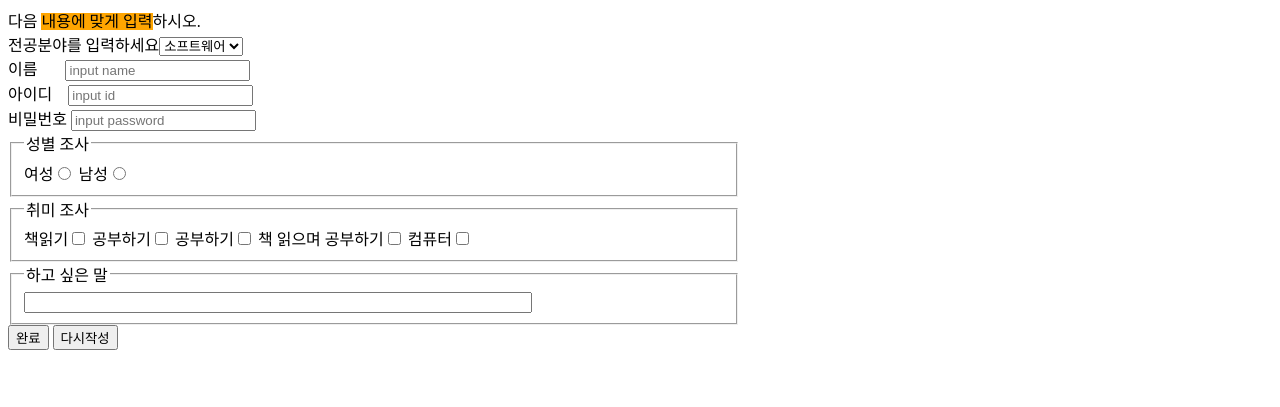
Repository: jwlee0714/HTML
Page: html/quiz-설문조사.html
These files come from the project's save history. The page is drawn as it stood at one moment and after the next save; the edit follows.
The browser window is 1280 px wide. The pictures show the whole page.

Above is the page before, as saved 2021-10-05 08:56:46.

### html/quiz-설문조사.html
<!DOCTYPE html>
<html>
<head>
<meta charset="UTF-8">
<title>Insert title here</title>
</head>
<body>

	<table align="left" bgcolor="white" width="700" >

	<tr>


	<div>
		<span >다음</span>
		<span style="background-color:orange;">내용에 맞게 입력</span>하시오.
	</div>

	<form>
		전공분야를 입력하세요<select name ="select">
			<option value="p1">소프트웨어
			<option value="p2">하드웨어
			<option value="p3">정보공학<br>
		</select>
		<br>이름&nbsp; &nbsp; &nbsp; &nbsp;<input type="text" name ="name" placeholder="input name"><br>
		아이디 &nbsp; &nbsp;<input type="text" name ="id" placeholder="input id"><br>
		비밀번호 <input type="password" name="pwd" placeholder="input password"><br>
	</form>

</table>


<fieldset style="width:700px;">
		<legend>성별 조사 </legend>
		여성<input type="radio">
		남성<input type="radio">
</fieldset>
<fieldset style="width:700px;">
		<legend>취미 조사 </legend>
		책읽기<input type="checkbox">
		공부하기<input type="checkbox">
		공부하기<input type="checkbox">
		책 읽으며 공부하기<input type="checkbox">
		컴퓨터<input type="checkbox">
</fieldset>
<fieldset style="width:700px;">
		<legend>하고 싶은 말 </legend>
		<input style= width:500px; type="text">
</fieldset>

<form action="quiz-회사소개.html" method="get">
	<input type="submit" value="완료">
	<input type="button" value="다시작성">
</form>

</body>
</html>

After the next save:
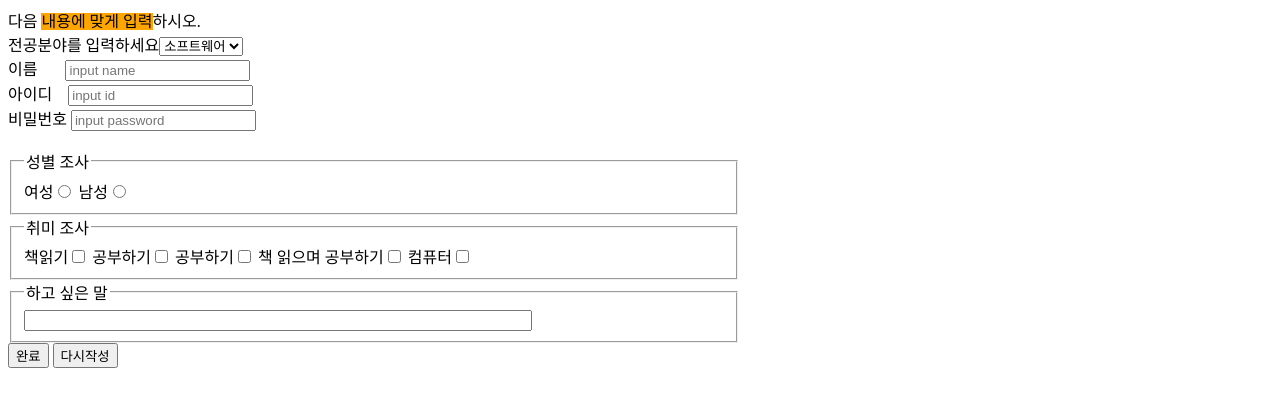
Saved 81 s later.
--- a/html/quiz-설문조사.html
+++ b/html/quiz-설문조사.html
@@ -25,7 +25,7 @@
 		<br>이름&nbsp; &nbsp; &nbsp; &nbsp;<input type="text" name ="name" placeholder="input name"><br>
 		아이디 &nbsp; &nbsp;<input type="text" name ="id" placeholder="input id"><br>
 		비밀번호 <input type="password" name="pwd" placeholder="input password"><br>
-	</form>
+	</form><br>
 
 </table>
 

After the save that followed:
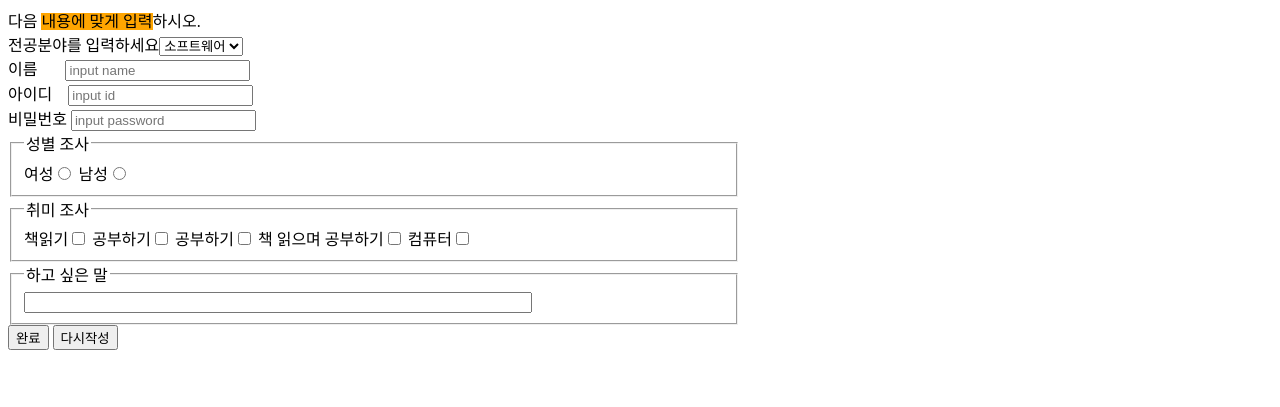
Saved 24 s later.
--- a/html/quiz-설문조사.html
+++ b/html/quiz-설문조사.html
@@ -25,7 +25,7 @@
 		<br>이름&nbsp; &nbsp; &nbsp; &nbsp;<input type="text" name ="name" placeholder="input name"><br>
 		아이디 &nbsp; &nbsp;<input type="text" name ="id" placeholder="input id"><br>
 		비밀번호 <input type="password" name="pwd" placeholder="input password"><br>
-	</form><br>
+	</form>
 
 </table>
 
